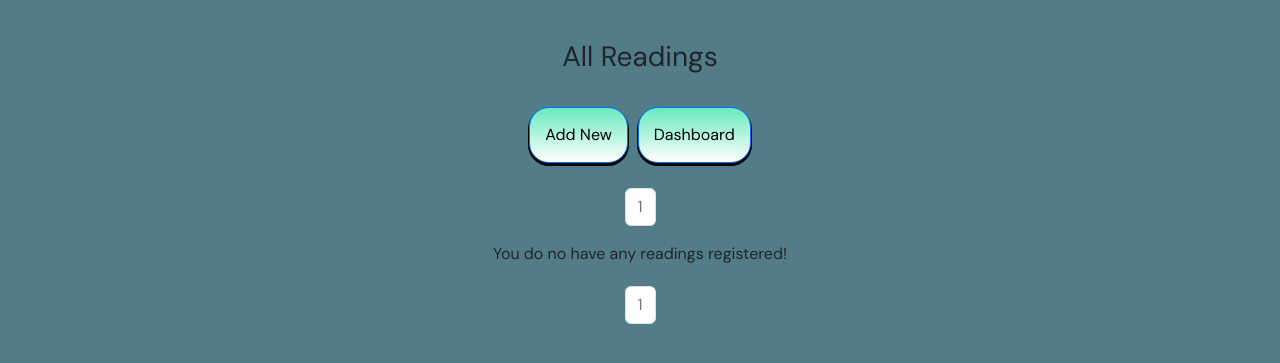
Repository: aiodell/my-glucose-checkup
Page: /bgls/all (app in client/)
The author's editor kept a copy of each file at every save. The page is drawn from the files as they stood at one save, then again after a run of saves.
The browser window is 1280 px wide. The pictures show the whole page.
The page's requests for data from a server got no answer. The project was rebuilt for these pictures with package versions that can differ from the ones it lists, and the page was loaded fresh each time. No one was signed in, and anything a server would have sent is missing. Also part of the build but not shown: client/src/components/Login.js, client/src/components/Signup.js, client/src/components/Dashboard.js, client/src/components/NewReading.js, client/src/components/Home.js, client/src/components/BglUpdateForm.js, client/src/components/BglEventDetails.js, client/src/components/NewBglEvent.js and 8 more.

Above is the page before, as saved 2022-10-06 06:56:40.

### client/src/index.js
import React from 'react';
import ReactDOM from 'react-dom/client';
import {BrowserRouter as Router} from "react-router-dom";
import 'bootstrap/dist/css/bootstrap.min.css';
import App from './App';

const root = ReactDOM.createRoot(document.getElementById('root'));
root.render(
  <React.StrictMode>
  <Router>
    <App />
  </Router>
  </React.StrictMode>
);

### client/src/App.js
import { useState, useEffect } from "react"
import { Switch, Route, useHistory } from "react-router-dom"
import NavBar from "./components/NavBar"
import Login from "./components/Login"
import Signup from "./components/Signup"
import Dashboard from "./components/Dashboard"
import AllReadings from "./components/AllReadings"
import NewReading from "./components/NewReading"
import Home from "./components/Home"
import BglEventDetails from "./components/BglEventDetails"
import NewBglEvent from "./components/NewBglEvent"
import Events from "./components/Events"
import UserProfile from "./components/UserProfile"
import CreateProfile from "./components/CreateProfile"
import AllUsers from "./components/AllUsers"
import './styles.css'

const App = () => {
  const [currentUser, setCurrentUser] = useState("")
  const [readings, setReadings] = useState([])
  const [events, setEvents] = useState([])
  const [users, setUsers] = useState([])
  const [following, setFollowing] = useState([])
  const history = useHistory()

  useEffect( () => {
    fetch(`/auto-login`)
    .then((r) => {
      if (r.ok) {
        r.json().then((user) => setCurrentUser(user))
      }else{
        history.push("/login")
      }
    })
  }, [ ])

	useEffect(() => {
		fetch("/events")
		.then((r) => r.json())
		.then(setEvents)
	}, [])

  useEffect(() => {
		fetch("/bgls")
		.then((r) => r.json())
		.then(setReadings)
	}, [])

  useEffect(() => {
    fetch("/users")
    .then((r) => r.json())
    .then(setUsers)
  }, [])

  useEffect(() => {
    fetch("/relationships")
    .then((r) => r.json())
    .then(setFollowing)
  }, [])

  const updateUser = (user) => setCurrentUser(user)

  const addNewReading = (newReading) => {setReadings(readings => [...readings, newReading])}

  const deleteReading = (deletedReading) => {
    setReadings((readings) => readings.filter((reading) => reading.id !== deletedReading))
  }

  const deleteEvent = (deletedEvent) => {
    setEvents((events) => events.filter((event) => event.id !== deletedEvent))
  }

  const updateBgl = (updatedBgl) => {
    setReadings((readings) => readings.map(bgl => bgl.id === updatedBgl.id ? updatedBgl : bgl))
  }

  // add follower to list
  const addNewFollow = (newFollow) => {
    setFollowing(following => [...following, newFollow])
    const copyOfCurrentUser = {...currentUser}
    copyOfCurrentUser.followees.push(newFollow)
    setCurrentUser(copyOfCurrentUser)
  }

  // delete follower from the list
  const deleteFollow = (deletedFollow) => {
    setFollowing((following) => following.filter((following) => following.id !== deletedFollow))
  }

  const removeCurrentFollowing = (deletedFollowee) => {
    const copyOfCurrentUser = {...currentUser}
    copyOfCurrentUser.followees = copyOfCurrentUser.followees.filter(followee => followee.followee_id !== deletedFollowee.followee_id)
    setCurrentUser(copyOfCurrentUser)
  }

   return (
   <div>
    <NavBar
      currentUser = {currentUser}
      updateUser = {updateUser}
    />
    <Switch>
      <Route exact path = "/login">
        <Login updateUser = {updateUser}/>
      </Route>
      <Route exact path = "/signup">
        <Signup />
      </Route>
      <Route exact path = "/dashboard">
        <Dashboard
        currentUser = {currentUser}
        readings = {readings}
        setReadings = {setReadings}
        following = {following}  // will be used to display the highs and lows of a user being followed
        users = {users}
        />
      </Route>
      <Route exact path= "/bgls/all">
        <AllReadings
        readings = {readings}
        setReadings = {setReadings}
        />
      </Route>
      <Route exact path= "/bgls/new">
        <NewReading addNewReading= {addNewReading} />
      </Route>
      <Route exact path= "/bgls/:id/">
        <BglEventDetails
          updateBgl = {updateBgl}
          deleteReading= {deleteReading}
          readings = {readings}
        />
      </Route>
      <Route exact path="/bgls/:id/bgl_events/new">
        <NewBglEvent events= {events}/>
      </Route>
      <Route exact path="/events">
        <Events
          deleteEvent = {deleteEvent}
          events = {events}
          setEvents = {setEvents}
        />
      </Route>
      <Route exact path= "/me">
        <UserProfile
        currentUser = {currentUser}
        users = {users}
        />
      </Route>
      <Route exact path = "/create-profile">
        <CreateProfile />
      </Route>
      <Route exact path= "/users">
        <AllUsers
        currentUser = {currentUser}
        users = {users}
        addNewFollow = {addNewFollow}
        deleteFollow = {deleteFollow}
        removeCurrentFollowing ={removeCurrentFollowing}
        />
      </Route>
      <Route exact path="/">
        <Home
        currentUser = {currentUser}
        setCurrentUser = {setCurrentUser}/>
      </Route>
    </Switch>
   </div>
  )
}

export default App;

### client/src/components/NavBar.js
import { useHistory, NavLink } from 'react-router-dom'
import Container from "react-bootstrap/Container"
import Nav from 'react-bootstrap/Nav';
import Navbar from 'react-bootstrap/Navbar';
import '../styles.css';

const NavBar = ({updateUser, currentUser}) => {
	const history = useHistory()

	// log out only available when logged in
	const handleLogout = (e) => {
		fetch(`/logout`, {
			method: 'DELETE'
		})
		.then(() => {
			updateUser("")
			history.push('/')
		})
	}

	return(
		<>
		{currentUser ?
			<Navbar bg="dark" variant="dark" expand="lg">
			<Container className="nav-bar">
				<Navbar.Brand>My Glucose Checkup</Navbar.Brand>
				<Navbar.Toggle aria-controls="basic-navbar-nav" />
				<Navbar.Collapse id="basic-navbar-nav"></Navbar.Collapse>
					<Nav className="me-auto">
						<NavLink className="nav-link" to="/dashboard">
							<Nav.Item>Dashboard</Nav.Item>
						</NavLink>
						<NavLink className="nav-link" to="/bgls/all">
							<Nav.Item>My BGLs</Nav.Item>
						</NavLink>
						<NavLink className="nav-link" to="/bgls/new">
							<Nav.Item>New Reading</Nav.Item>
						</NavLink>
						<NavLink className="nav-link" to="/me">
							<Nav.Item>My Account</Nav.Item>
						</NavLink>
						<NavLink className="nav-link" to="/users">
							<Nav.Item>All Users</Nav.Item>
						</NavLink>
						<Nav.Link onClick={handleLogout}>Logout</Nav.Link>
					</Nav>
			</Container>
		</Navbar> : null }
		</>
	)
}

export default NavBar

### client/src/components/AllReadings.js
import { useState, useEffect } from "react"
import Pagination from "react-bootstrap/Pagination"
import { useHistory, Link, NavLink } from "react-router-dom"
import Card from 'react-bootstrap/Card';
import Container from "react-bootstrap/Container"
import Button from "react-bootstrap/Button"

const AllReadings = ({readings, setReadings }) => {
	const [errors, setErrors] = useState([])
	const [ currentRange, setCurrentRange ] = useState([0, 10]);
	const history = useHistory()

	useEffect(() => {
		fetch("/bgls")
		.then(r => {
			if(r.ok){
				r.json().then(readings => setReadings(readings))
			}else{
				r.json().then(data => {
					setErrors(data.errors)
					history.push("/login")
				})
			}
		})
	}, [])

	const handleDelete = (id) => {
		fetch(`/bgls/${id}`, {
			method: "DELETE",
		})
		.then(() =>{
			setReadings((readings) => readings.filter((reading) => reading.id !== id))
		})
	}

		// render the current Bgls
	const renderReadings = readings.map((bgl) => {
		return(
			<Card className="bgl-card" key= {bgl.id}>
				<Card.Body className="link-text-style" as={Link} to= {`/bgls/${bgl.id}`}>
					<Card.Title className="card-title">
						{bgl.value} mg/dl
					</Card.Title>
					<Card.Text>
						{bgl.created_at}
					</Card.Text>
				</Card.Body>
				<Button className="delete-btn" onClick={() => handleDelete(bgl.id)}>
					Delete
				</Button>
			</Card>
		)
	})


	// pagination of the Bgls
  	const handlePageClick = (e) => {
    const pageNum = e.target.innerText;

    if(pageNum === '1') {
      setCurrentRange([ 0, 20 ]);
    } else {
      const start = pageNum * 20 - 19;
      const end = pageNum * 20;
      setCurrentRange([ start, end ]);
    }
  }

	const bglPages = () => {
    let pages = [];
    let numOfPages = renderReadings.length / 10 + 1;

    for( let pageNum = 1; pageNum <= numOfPages; pageNum++ ) {
      pages.push(
        <Pagination.Item
          key={ pageNum }
          onClick={ handlePageClick }
          active={ currentRange[1] / 10 === pageNum }
          disabled={ currentRange[1] / 10 === pageNum }
        >
          { pageNum }
        </Pagination.Item>
      )
    }
    return pages;
  }
  	// end of pagination of Bgls

	const bglPage = renderReadings.slice(...currentRange)

	return(
		<>
		{errors ? errors.map(e => <section>{e}</section>):null}
			<Container className="all-bgl-container-style">
				<h3 className="title">All Readings</h3>
				<NavLink to="/bgls/new">
					<Button className="btns">Add New</Button>
				</NavLink>
				<NavLink to="/dashboard">
					<Button className="btns">Dashboard</Button>
				</NavLink>
				<Container>
					<Pagination className="pages">{ bglPages() }</Pagination>
				</Container>
					{bglPage.length > 0 ? bglPage : "You do no have any readings registered!"}
				<Container>
					<Pagination className="pages">{ bglPages() }</Pagination>
				</Container>
			</Container>
		</>
	)
}

export default AllReadings

### client/src/styles.css
@import url('https://fonts.googleapis.com/css2?family=DM+Sans&display=swap');
@import url('https://fonts.googleapis.com/css2?family=Carter+One&family=DM+Sans&display=swap');

body {
  font-family: 'DM Sans', sans-serif;
  background-color:	#527c88;
  margin: 0px;
}

/*Universal */
.btns {
  background-image: linear-gradient(#67eabe, #ffffff);
  color: rgb(0, 0, 0);
  padding: 15px;
  margin: 5px;
  text-align: center;
  border-radius: 20px;
  box-shadow: 0px 2px 0px 1px black;
  text-decoration: none;
}

.container-style{
  text-align: center;
  padding: 10px;
  position: relative;
}

.navbar-brand{
  font-family: 'Carter One', cursive;
  font-size: 2rem;
  text-align:left
}

/*Home Page */
.Home {
  text-align: center;
}

.home-background {
  background-color: #88c7b2;
  min-height: 100vh;
  display: flex;
  flex-direction: column;
  align-items: center;
  justify-content: center;
  font-size: calc(10px + 2vmin);
  color: white;
}

.welcome {
  font-family: 'Carter One', cursive;
  text-shadow: 2px 2px black;
  text-align: center;
}

.home-btn-div {
  align-content: center;
}

/*Forms */
.form-style{
  margin-top: 100px;
  border-radius: 20px;
  box-shadow: 0px 2px 0px 1px black;
  background-image: linear-gradient(#67eabe, #ffffff);
  color: rgb(0, 0, 0);
}
.title{
  padding: 20px;
  position: relative;
}

/*Dashbord */
.dash-container{
  margin-top: 100px;
  padding: 20px;
  background-image: linear-gradient(#67eabe, #ffffff);
  border-radius: 25px;
  position: relative;
}

.current-bgl{
  border-radius: 50%;
  height: 150px;
  width: 150px;
  vertical-align: middle;
  left: 44%;
  position: relative;
  box-shadow: 2px 2px 2px 2px black;
  background-image: linear-gradient(#67eabe, #ffffff);
}

.current-txt{
  text-align: center;
  font-size: 4rem;
  padding-top: 40px;
  padding-left: 5px;
  position: relative;
}

.low-high-avg{
  padding: 20px;
  position: relative;
}

.dash-title{
  font-family: 'Carter One', cursive;
  text-shadow: 2px 2px 2px black;
  color: white
}

/*Events */

.list{
  list-style: none;
  padding: 5px;
  font-size: 150%;
}

.event-container-style{
  text-align: center;
  padding: 10px;
  position: relative;
  margin: 5px;
}

.delete-btn{
  background-image: linear-gradient(#67eabe, #ffffff);
  color: rgb(0, 0, 0);
  padding: 5px;
  margin: 5px;
  text-align: center;
  box-shadow: 0px 2px 0px 1px black;
  text-decoration: none;
}
.event-card{
  vertical-align: middle;
  left: 39%;
  position: relative;
}

/*All bgls*/
.all-bgl-container-style{
  align-content: center;
  margin-top: 20px;
  text-align: center;
  display: relative;
  position:relative;
  max-width: 50%;
}

.link-text-style{
  text-decoration: none;
}

.pages {
  display: flex;
  justify-content: center;
  margin-top: 20px;
}

.bgl-card{
  margin: 10px;
  text-decoration: none;
  color: black;
  box-shadow: 0px 2px 0px 2px black;
}

.card-title{
  font-size: 150%;
}

.search {
  width: 50%;
  text-align: center;

  position: relative;
  display: block;
  margin: auto;
  padding: 2rem;
}

.searchTerm {
  text-align: center;
  width: 100%;
  border: 3px solid #004e59;
  padding: 5px;
  height: 3rem;
  border-radius: 5px;
  outline: none;
  font-size: 1.5rem;
}

/* Profile Completion Form */
.form-title{
  text-align: center;
  margin-top: 15px;
}

.profile-completion{
  text-align: center;
  padding: 15px;
  margin: 10px;
  box-shadow: 1px 2px 0px 1px black;
  background-image: linear-gradient(#eaeaea, #ffffff);
  color: rgb(0, 0, 0);
}

.profile-label{
  margin-bottom: 5px;
  margin-top: 10px;
}

.form-check{
  margin-top: 5px
}

/*profile container*/
.profile-container{
  align-content: center;
  margin-top: 20px;
  text-align: center;
  display: relative;
  position:relative;
  max-width: 50%;
}

Loaded but not shown: client/public/index.html (common file)

After the next 2 saves:
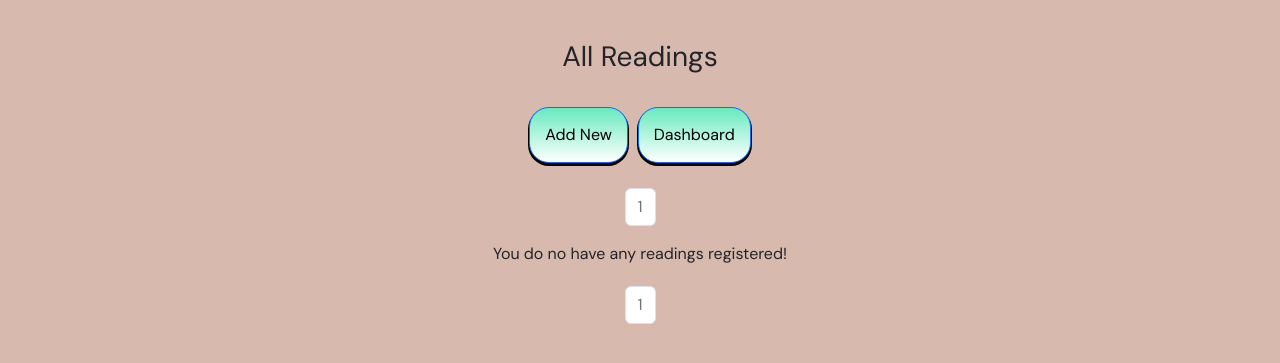
The 2 saves are shown as one change because they came seconds apart.
The last was saved 87 s later.
--- a/client/src/styles.css
+++ b/client/src/styles.css
@@ -3,7 +3,7 @@
 
 body {
   font-family: 'DM Sans', sans-serif;
-  background-color:	#527c88;
+  background-color:	#d7baad;
   margin: 0px;
 }
 
